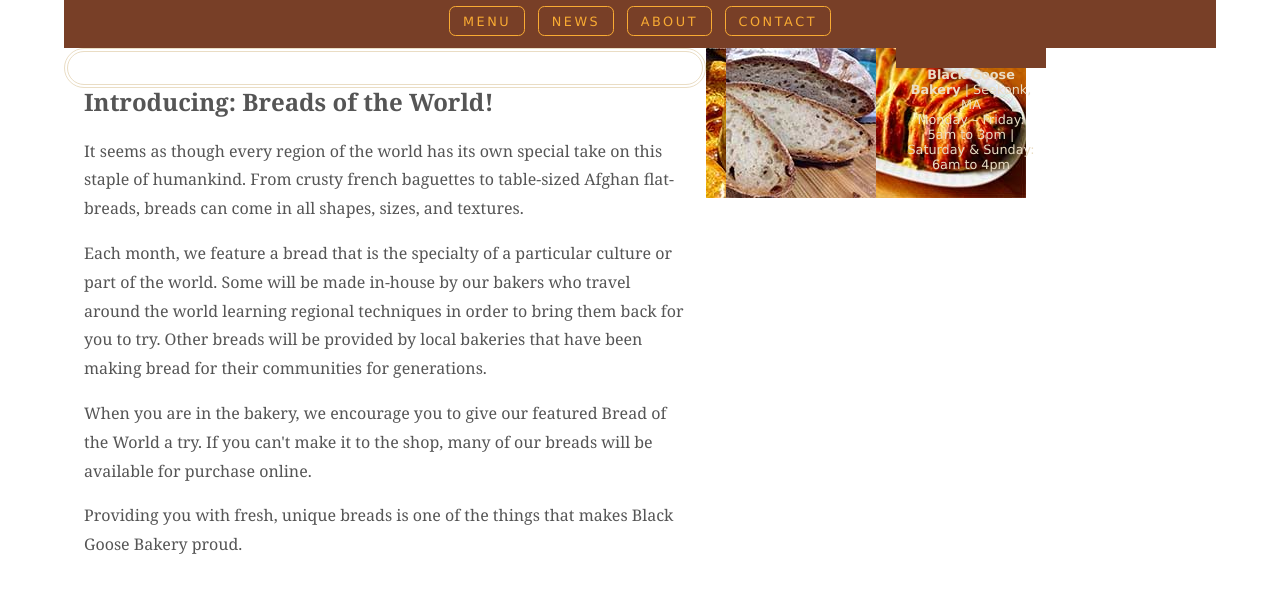
Repository: Colo-Codes/code-practice
Page: 02-css-practice-7.html
The author's editor kept a copy of each file at every save. The page is drawn from the files as they stood at one save, then again after the next save.
The browser window is 1280 px wide. The pictures show the whole page.
Some web fonts or font styles are not loaded; a fallback is used.

Above is the page before, as saved 2021-05-14 12:51:22.

### 02-css-practice-7.html
<!doctype html>
<html>

<head>
  <meta charset="UTF-8">
  <title>Black Goose Bakery Grid</title>
  <link href="https://fonts.googleapis.com/css?family=Stint+Ultra+Expanded" rel="stylesheet">
  <style>
    html {
      box-sizing: border-box;
    }

    * {
      box-sizing: inherit;
    }

    body {
      font-family: Georgia, serif;
      font-size: 100%;
      background-color: white;
      margin: 0;
    }

    /* GRID STYLES START HERE */
    #layout {
      margin-left: 5%;
      margin-right: 5%;
      display: grid;
      grid-template-rows: 3em 20px [main-start] 150px 300px 5em [main-end];
      grid-template-columns: [main-start] 1fr [main-end] repeat(3, 20px 150px);
    }
    nav {
      grid-row: 1 / 2;
      grid-column: 1 / -1;
    }


    /* VISUAL STYLES START HERE */

    /* link styles */
    a:link,
    a:visited {
      color: #DC6903;
    }

    a:focus,
    a:hover,
    a:active {
      color: #F9AB33;
    }

    a {
      text-decoration: none;
      border-bottom: 1px dotted;
      padding-bottom: .2em;
    }



    /* nav styles */
    nav,
    footer {
      font-family: verdana, sans-serif;
      background-color: #783F27;
    }

    nav ul li a:link,
    nav ul li a:visited {
      color: #F9AB33;
    }

    nav ul li a:focus,
    nav ul li a:hover,
    nav ul li a:active {
      color: #fff;
    }

    nav ul {
      margin: 0;
      padding: 0;
      list-style-type: none;
      display: flex;
      justify-content: center;
    }

    nav ul li {
      font-size: .8em;
      text-transform: uppercase;
      letter-spacing: .2em;
    }

    nav ul li a {
      display: block;
      border: 1px solid;
      border-radius: .5em;
      padding: .5em 1em;
      margin: .5em;
    }


    /* main styles */
    main {
      font-family: 'Stint Ultra Expanded', Georgia, serif;
      background-color: white;
      line-height: 1.8em;
      color: #555;
      padding: 1em;
      border: double 4px #EADDC4;
      border-radius: 25px;
    }


    /* misc styles */

    figure {
      margin: 0;
      padding: 0;
      '

      /* clears browser styles for figures */
    }

    footer {
      color: #EADDC4;
      text-align: center;
      font-size: .8em;
      padding: .5em;
    }
  </style>
</head>

<body>
  <div id="layout">

    <nav>
      <ul>
        <li><a href="">Menu</a></li>
        <li><a href="">News</a></li>
        <li><a href="">About</a></li>
        <li><a href="">Contact</a></li>
      </ul>
    </nav>

    <main>
      <h2>Introducing: Breads of the World!</h2>
      <p>It seems as though every region of the world has its own special take on this staple of humankind. From crusty
        french baguettes to table-sized Afghan flat-breads, breads can come in all shapes, sizes, and textures.</p>
      <p>Each month, we feature a bread that is the specialty of a particular culture or part of the world. Some will be
        made in-house by our bakers who travel around the world learning regional techniques in order to bring them back
        for you to try. Other breads will be provided by local bakeries that have been making bread for their
        communities for generations.</p>

      <p>When you are in the bakery, we encourage you to give our featured Bread of the World a try. If you can't make
        it to the shop, many of our breads will be available for purchase online.</p>
      <p>Providing you with fresh, unique breads is one of the things that makes Black Goose Bakery proud.</p>
      <!--
<p>Our breads are made daily from highest-quality whole grain flour, water, salt, and yeast or sourdough starter. Simply and naturally, and never any preservatives. Patience is key to achieving the proper level of fermentation and baking each loaf to perfection. Available in whole grain, sourdough, olive loaf, classic rye, and potato-onion.</p>
-->
    </main>

    <figure id="figA"><img src="./assets/img/uzbek_150.jpg"></figure>
    <figure id="figB"><img src="./assets/img/bread_150.jpg"></figure>
    <figure id="figC"><img src="./assets/img/braided_150.jpg"></figure>

    <footer>
      <p><strong>Black Goose Bakery</strong> | Seekonk, MA <br>
        Monday &ndash; Friday: 5am to 3pm | Saturday &amp; Sunday: 6am to 4pm</p>
    </footer>

  </div>
</body>

</html>

After the next save:
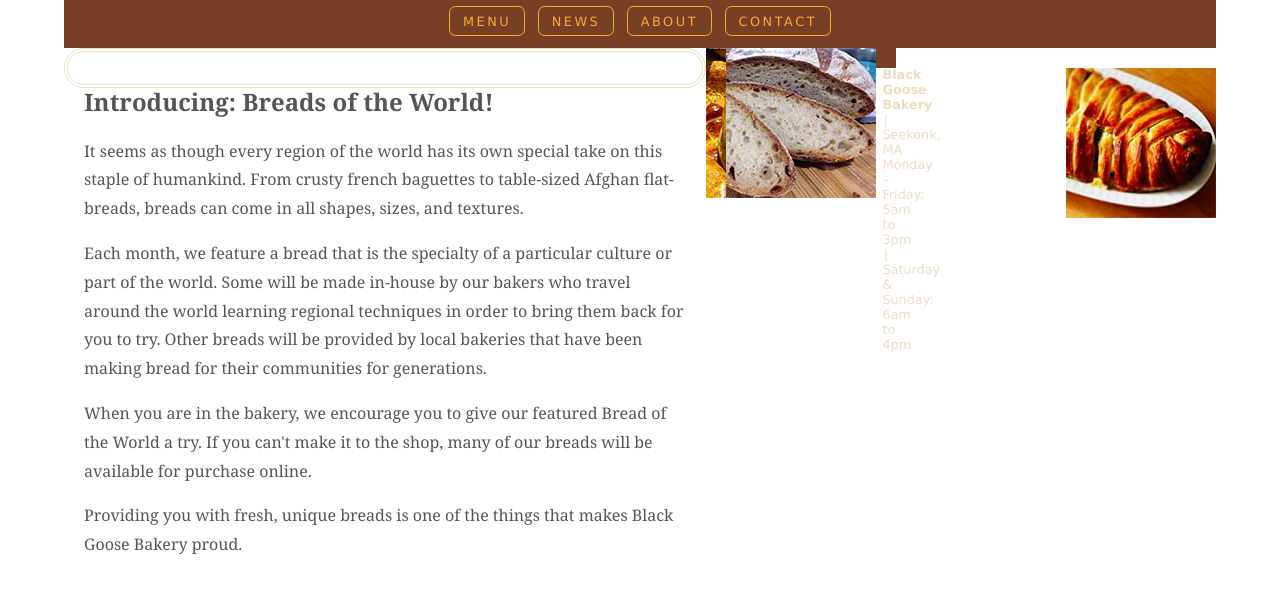
Saved 2 min 27 s later.
--- a/02-css-practice-7.html
+++ b/02-css-practice-7.html
@@ -32,6 +32,10 @@
     nav {
       grid-row: 1 / 2;
       grid-column: 1 / -1;
+    }
+    #figC {
+      grid-row: 3 / 4;
+      grid-column: -1 / -2;
     }
 
 
